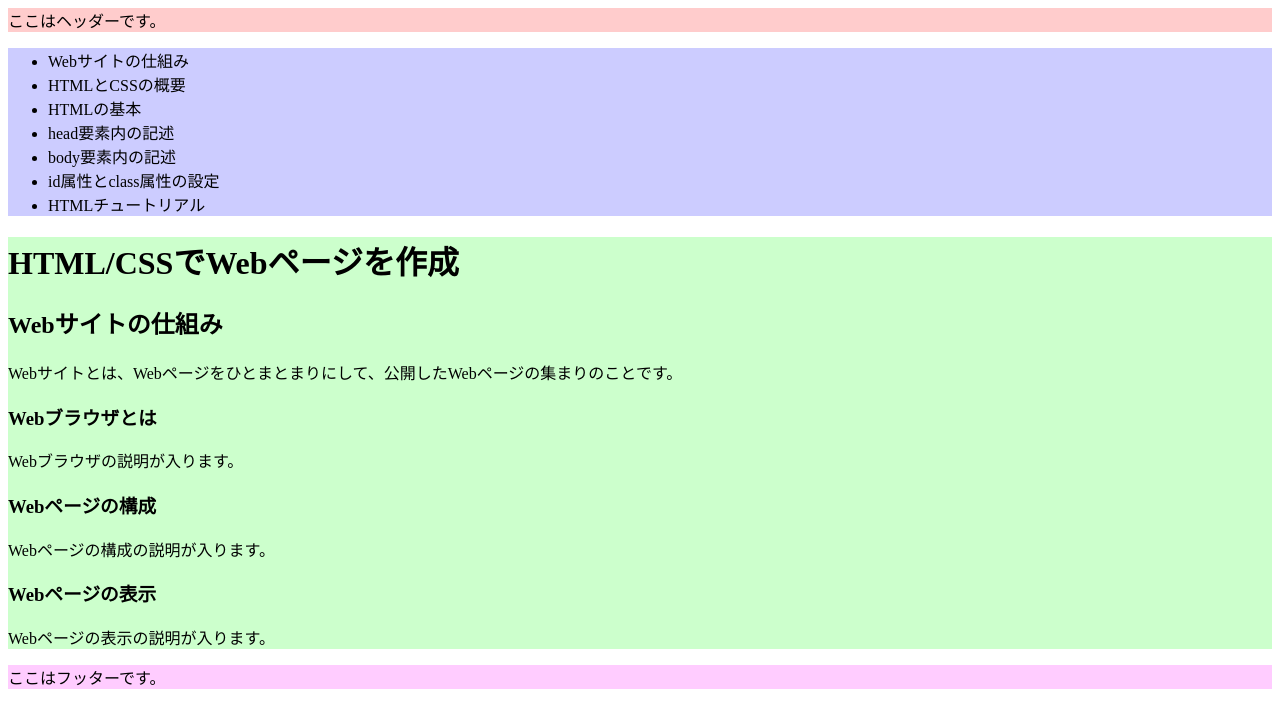
Repository: mikakoakai/kadai-tasklist4
Page: kadai-html.html
The author's editor kept a record of every edit. The page is drawn from the files as they stood at one moment, then again after the next edit.
The browser window is 1280 px wide. The pictures show the whole page.

Above is the page before.

After the next edit:
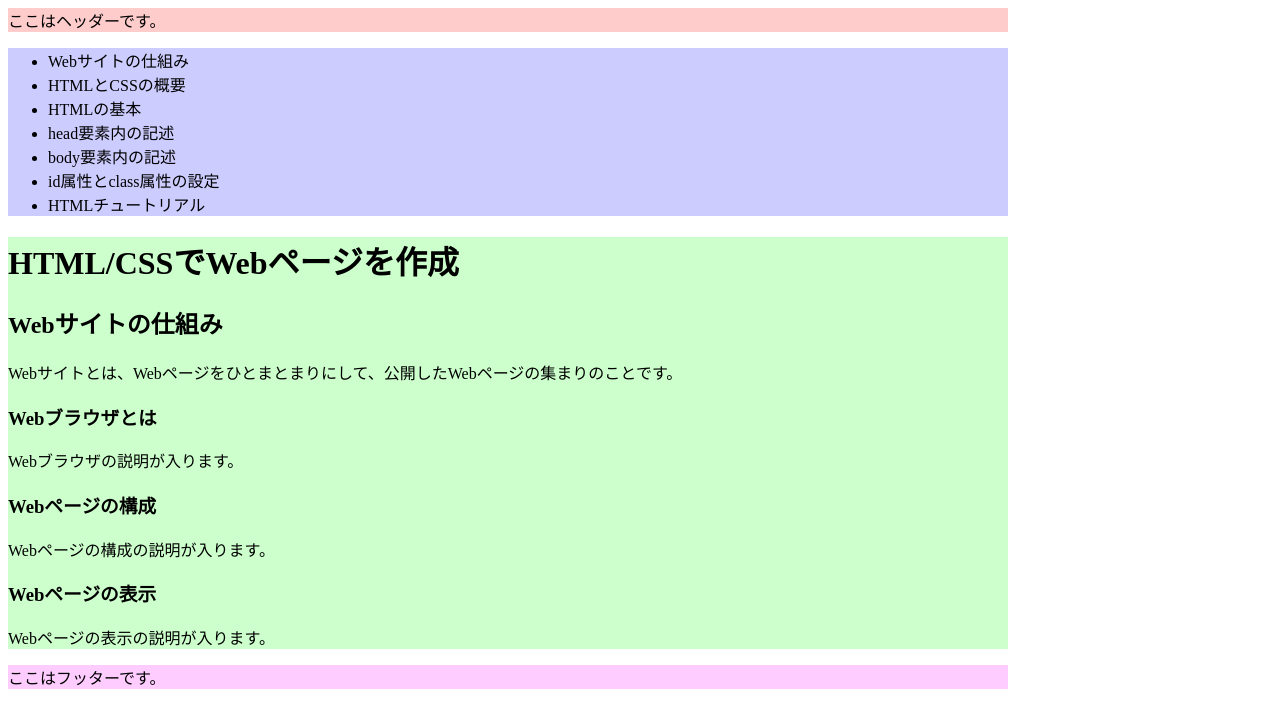
The edit:
--- a/kadai-css.css
+++ b/kadai-css.css
@@ -1,3 +1,4 @@
+body{width:1000px}
 header{background-color: #ffcccc;}
 #menu{background-color: #ccccff;}
 #main{background-color: #ccffcc;}
